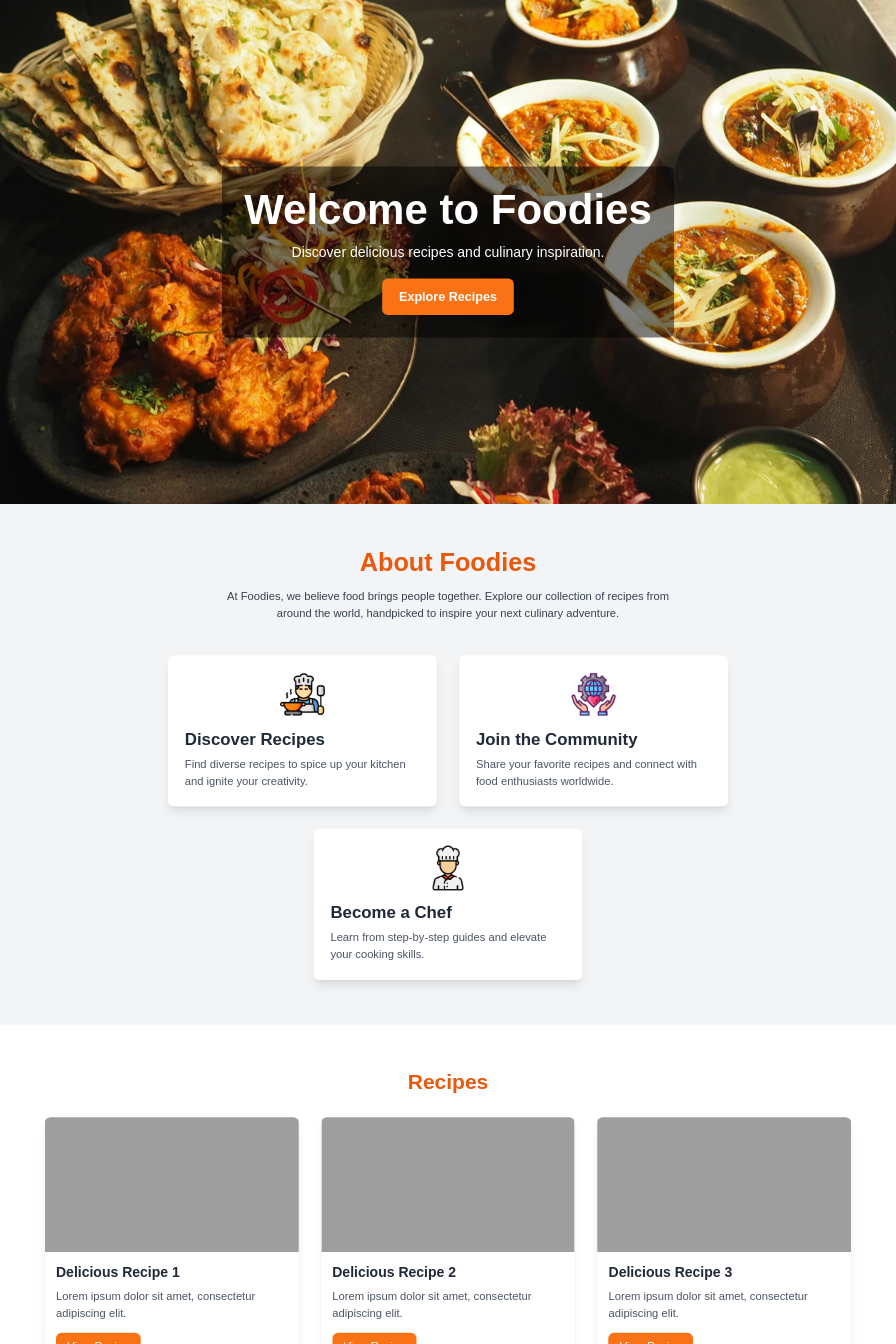
Repository: Ademaulana100499/foodies
Page: /Main
The author's editor kept a copy of each file at every save. The page is drawn from the files as they stood at one save, then again after the next save.
The browser window is 1280 px wide. The pictures show the part of the page from y = 0 to 1920 px (the page is 2585 px tall), at 70% of full size.
Pictures or frames that could not be fetched are drawn as grey boxes. The project was rebuilt for these pictures with package versions that can differ from the ones it lists, and the page was loaded fresh each time. The framework's server and built-in components were replaced by stand-ins that run in the browser. Also part of the build but not shown: next.config.ts.

Above is the page before, as saved 2025-01-09 13:32:05.

### src/pages/_document.tsx
import { Html, Head, Main, NextScript } from "next/document";

export default function Document() {
  return (
    <Html lang="en" className="scroll-smooth">
      <Head />
      <body className="antialiased">
        <Main />
        <NextScript />
      </body>
    </Html>
  );
}

### src/pages/Main/index.tsx
import React from "react";
const MainPage = () => {
  return (
    <div>
      <section
        id="home"
        style={{ backgroundImage: "url('/assets/food-home.jpg')" }}
        className="bg-cover bg-center h-screen flex items-center justify-center"
      >
        <div className="text-center text-white bg-black bg-opacity-50 p-8 rounded-lg">
          <h1 className="text-4xl md:text-6xl font-bold">Welcome to Foodies</h1>
          <p className="mt-4 text-lg md:text-xl">
            Discover delicious recipes and culinary inspiration.
          </p>
          <a
            href="#recipes"
            className="mt-6 inline-block bg-orange-500 text-white px-6 py-3 rounded-lg text-lg font-semibold hover:bg-orange-600 transition duration-300"
          >
            Explore Recipes
          </a>
        </div>
      </section>
      <section id="about" className="bg-gray-100 py-16 px-8 md:px-16">
        <div className="text-center mb-12">
          <h2 className="text-4xl font-bold text-orange-600">About Foodies</h2>
          <p className="mt-4 text-gray-700 max-w-2xl mx-auto">
            At Foodies, we believe food brings people together. Explore our
            collection of recipes from around the world, handpicked to inspire
            your next culinary adventure.
          </p>
        </div>
        <div className="flex flex-wrap justify-center gap-8">
          <div className="bg-white p-6 rounded-lg shadow-lg max-w-sm w-full transform hover:scale-105 transition-transform duration-300">
            <div className="flex justify-center mb-4">
              <img
                src="/assets/cooking-icon.png"
                alt="Cooking Icon"
                className="w-16 h-16"
              />
            </div>
            <h3 className="text-2xl font-semibold text-gray-800">
              Discover Recipes
            </h3>
            <p className="mt-2 text-gray-600">
              Find diverse recipes to spice up your kitchen and ignite your
              creativity.
            </p>
          </div>
          <div className="bg-white p-6 rounded-lg shadow-lg max-w-sm w-full transform hover:scale-105 transition-transform duration-300">
            <div className="flex justify-center mb-4">
              <img
                src="/assets/community-icon.png"
                alt="Community Icon"
                className="w-16 h-16"
              />
            </div>
            <h3 className="text-2xl font-semibold text-gray-800">
              Join the Community
            </h3>
            <p className="mt-2 text-gray-600">
              Share your favorite recipes and connect with food enthusiasts
              worldwide.
            </p>
          </div>
          <div className="bg-white p-6 rounded-lg shadow-lg max-w-sm w-full transform hover:scale-105 transition-transform duration-300">
            <div className="flex justify-center mb-4">
              <img
                src="/assets/chef-hat-icon.png"
                alt="Chef Hat Icon"
                className="w-16 h-16"
              />
            </div>
            <h3 className="text-2xl font-semibold text-gray-800">
              Become a Chef
            </h3>
            <p className="mt-2 text-gray-600">
              Learn from step-by-step guides and elevate your cooking skills.
            </p>
          </div>
        </div>
      </section>

      {/* Recipes Section */}
      <section id="recipes" className="py-16 px-8 md:px-16 bg-white">
        <h2 className="text-3xl font-bold text-center text-orange-600">
          Recipes
        </h2>
        <div className="grid grid-cols-1 md:grid-cols-3 gap-8 mt-8">
          {/* Recipe Card */}
          {[1, 2, 3].map((_, index) => (
            <div
              key={index}
              className="bg-white rounded-lg shadow-lg overflow-hidden hover:shadow-xl transform hover:scale-105 transition-transform duration-500"
            >
              <img
                src={`https://source.unsplash.com/400x300/?food&sig=${index}`}
                alt="Recipe"
                className="w-full h-48 object-cover"
              />
              <div className="p-4">
                <h3 className="text-xl font-semibold text-gray-800">
                  Delicious Recipe {index + 1}
                </h3>
                <p className="text-gray-600 mt-2">
                  Lorem ipsum dolor sit amet, consectetur adipiscing elit.
                </p>
                <a
                  href="#"
                  className="inline-block mt-4 bg-orange-500 text-white px-4 py-2 rounded-lg hover:bg-orange-600 transition duration-300"
                >
                  View Recipe
                </a>
              </div>
            </div>
          ))}
        </div>
      </section>

      {/* Contact Section */}
      <section
        id="contact"
        className="bg-gray-100 py-16 px-8 md:px-16 text-center"
      >
        <h2 className="text-3xl font-bold text-orange-600">Contact Us</h2>
        <p className="mt-4 text-gray-700">
          We'd love to hear from you! Reach out with any questions or
          suggestions.
        </p>
        <form className="mt-8 max-w-md mx-auto">
          <input
            type="text"
            placeholder="Your Name"
            className="w-full p-3 mb-4 border border-gray-300 rounded-lg focus:outline-none focus:ring-2 focus:ring-orange-500"
          />
          <input
            type="email"
            placeholder="Your Email"
            className="w-full p-3 mb-4 border border-gray-300 rounded-lg focus:outline-none focus:ring-2 focus:ring-orange-500"
          />
          <textarea
            placeholder="Your Message"
            rows="4"
            className="w-full p-3 mb-4 border border-gray-300 rounded-lg focus:outline-none focus:ring-2 focus:ring-orange-500"
          ></textarea>
          <button
            type="submit"
            className="w-full bg-orange-500 text-white py-3 rounded-lg hover:bg-orange-600 transition duration-300"
          >
            Send Message
          </button>
        </form>
      </section>
    </div>
  );
};

export default MainPage;

Loaded but not shown: src/pages/_app.tsx (common file); src/styles/globals.css (common file); tailwind.config.ts (common file)

After the next save:
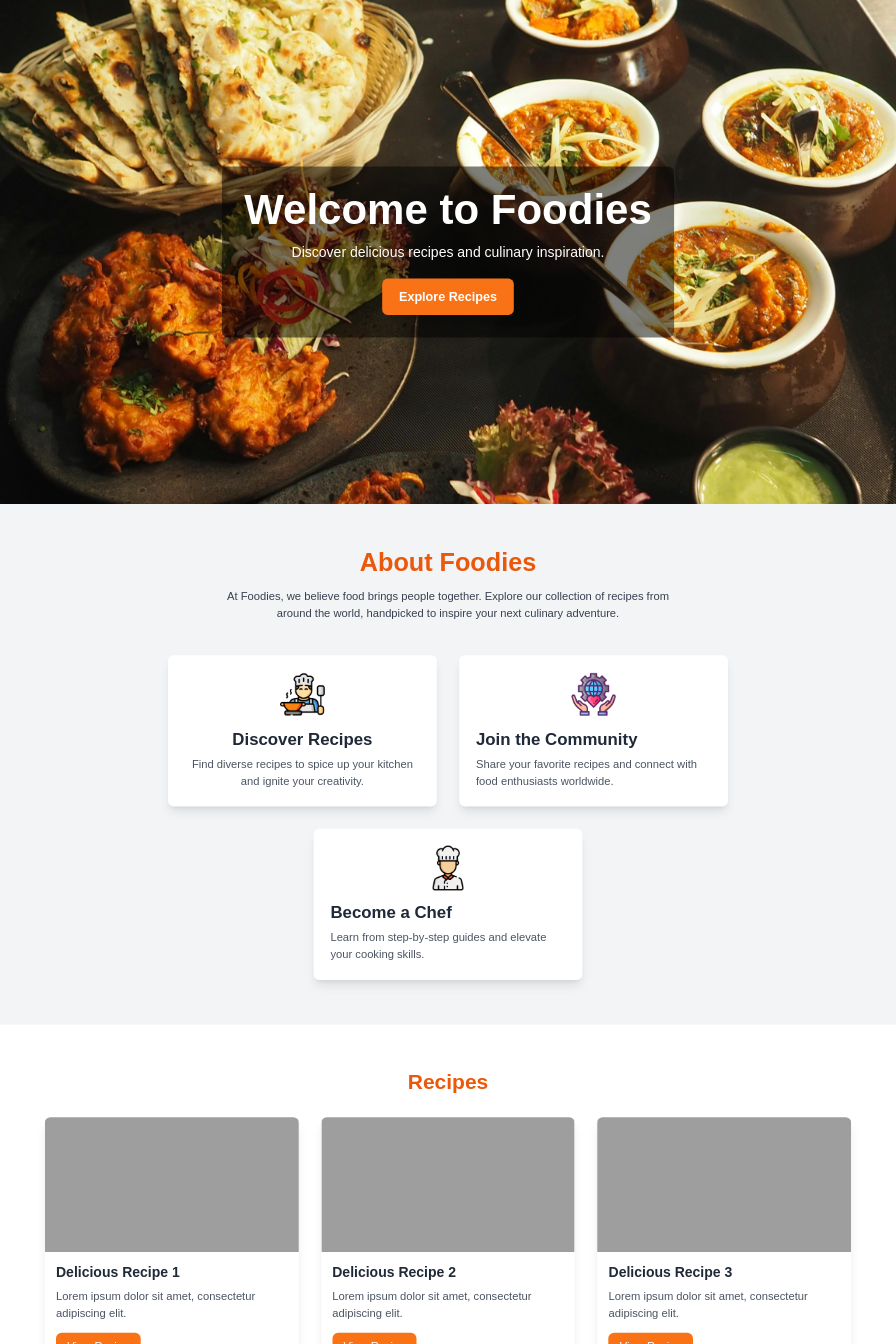
Saved 4 min 2 s later.
--- a/src/pages/Main/index.tsx
+++ b/src/pages/Main/index.tsx
@@ -30,7 +30,7 @@ const MainPage = () => {
           </p>
         </div>
         <div className="flex flex-wrap justify-center gap-8">
-          <div className="bg-white p-6 rounded-lg shadow-lg max-w-sm w-full transform hover:scale-105 transition-transform duration-300">
+          <div className="bg-white p-6 rounded-lg shadow-lg text-center max-w-sm w-full transform hover:scale-105 transition-transform duration-300">
             <div className="flex justify-center mb-4">
               <img
                 src="/assets/cooking-icon.png"
